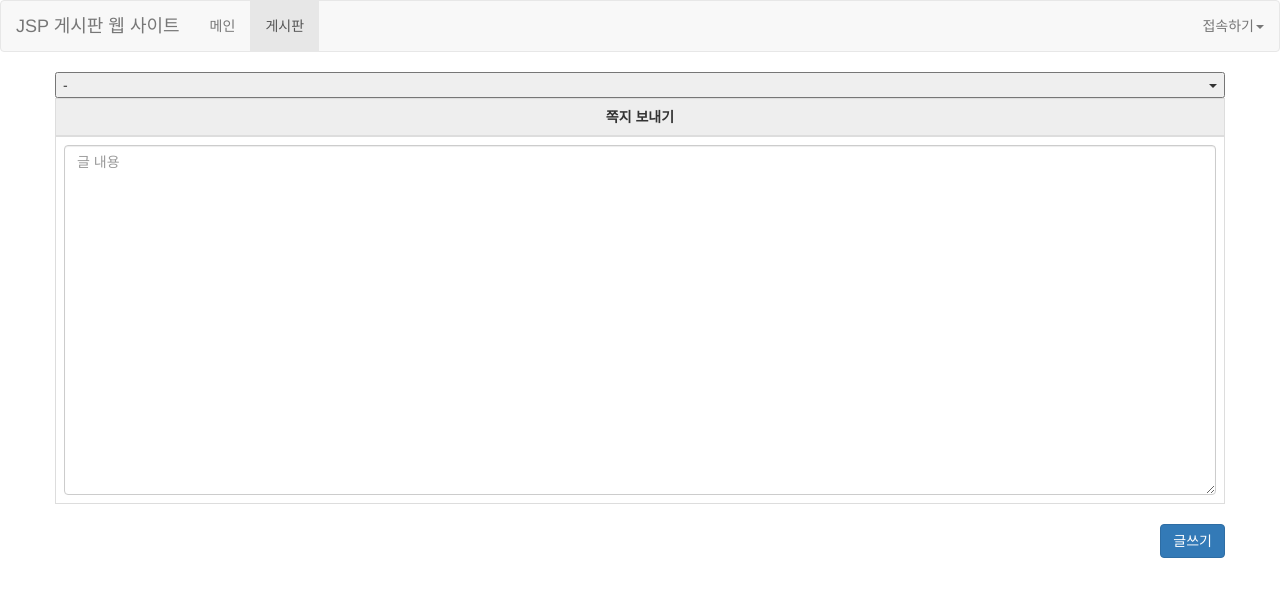
Repository: lihs3443/JSP-Board-System
Page: http://localhost/BBS/messageWrite.jsp
An editor plug-in stored every save of this project. The page is shown before and after the next save, followed by the edit.
The browser window is 1280 px wide. The pictures show the whole page.
Some web libraries are served in a nearby version. The page is served by Tomcat 9. Queries for data that is not in the repository find no rows.

Above is the page before, as saved 2022-11-20 08:58:56.

After the next save:
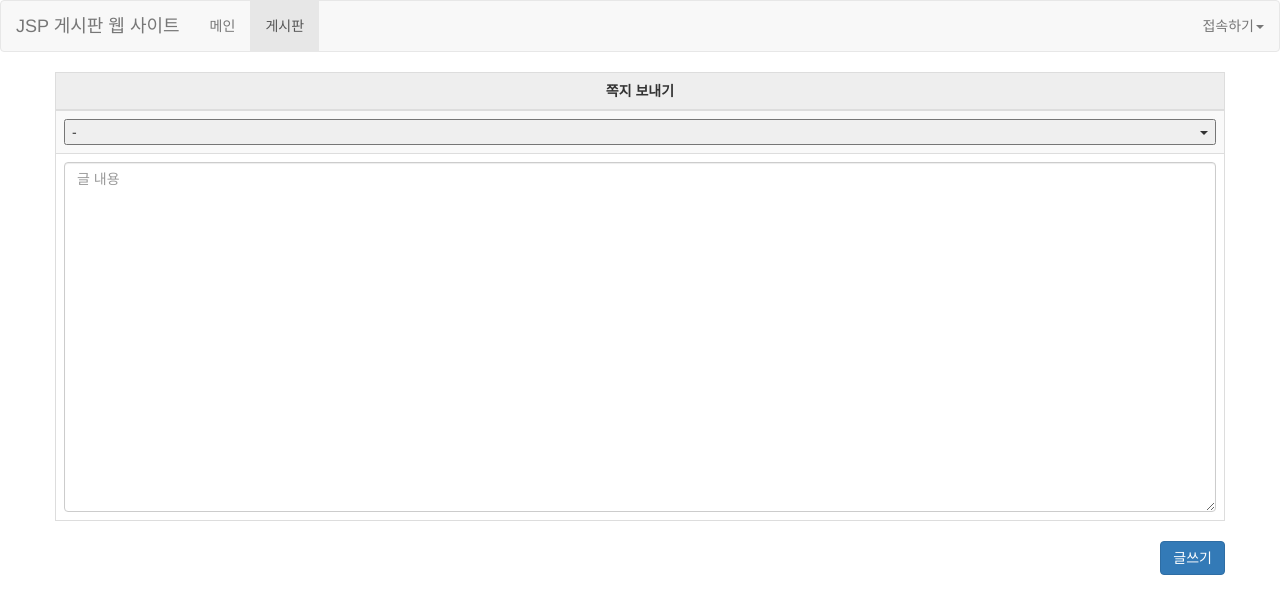
Saved 4 min 56 s later.
--- a/BBS/WebContent/messageWrite.jsp
+++ b/BBS/WebContent/messageWrite.jsp
@@ -99,18 +99,20 @@
 							ArrayList<User> list = userDAO.getUser();
 						%>
 						<tr>
-							<span class="dropdown">
-								<button class="dropdown-toggle" data-toggle="dropdown" role="button" aria-haspopup="true" aria-expanded="false" style="width: 100%; text-align: right;"><div id="message-userName" name="userID" style="display: inline-block; float: left;">-</div><span class="caret"></span></button>
-								<ul class="dropdown-menu">
-									<%
-										for(int i = 0;i<list.size();i++){
-									%>
-									<li><a class="message-userName-item" onclick="showUser(this.innerText)"><%=list.get(i).getUserName() %></a></li>
-									<%
-									}
-									%>
-								</ul>
-							</span>
+							<td>
+								<span class="dropdown">
+									<button class="dropdown-toggle" data-toggle="dropdown" role="button" aria-haspopup="true" aria-expanded="false" style="width: 100%; text-align: right;"><div id="message-userName" name="userID" style="display: inline-block; float: left;">-</div><span class="caret"></span></button>
+									<ul class="dropdown-menu">
+										<%
+											for(int i = 0;i<list.size();i++){
+										%>
+										<li><a class="message-userName-item" onclick="showUser(this.innerText)"><%=list.get(i).getUserName() %></a></li>
+										<%
+										}
+										%>
+									</ul>
+								</span>
+							</td>
 						</tr>
 						<tr>
 							<td><textarea class="form-control" placeholder="글 내용" name="messageContent" maxlength="1024" style="height: 350px;"></textarea></td>
